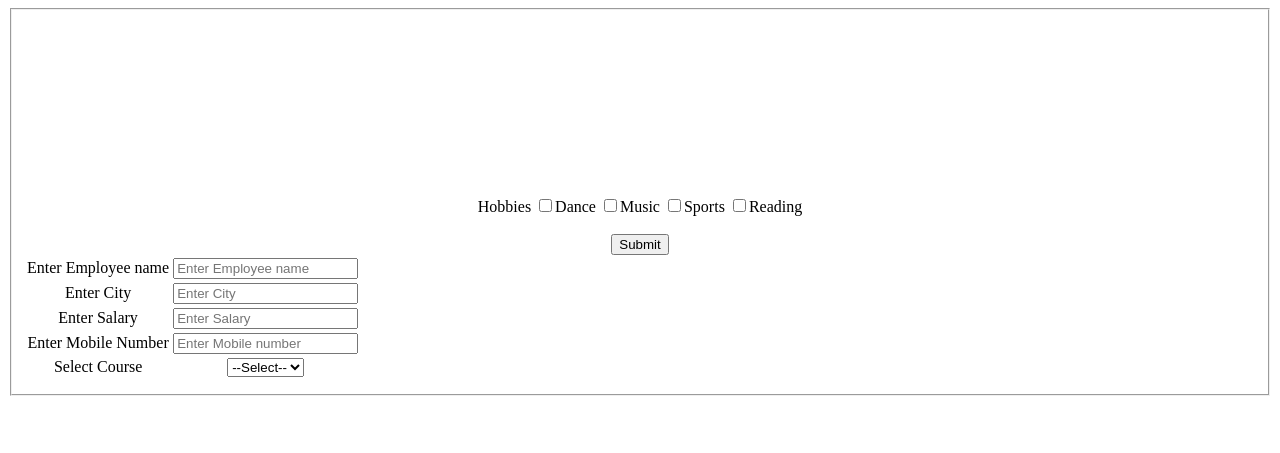
Repository: bigee1397/22-3-2024
Page: http://localhost/RDDemo/
The author's editor kept a copy of each file at every save. The page is drawn from the files as they stood at one save, then again after the next save.
The browser window is 1280 px wide. The pictures show the whole page.
The page is served by Tomcat 9.

Above is the page before, as saved 2024-03-15 04:51:21.

After the next save:
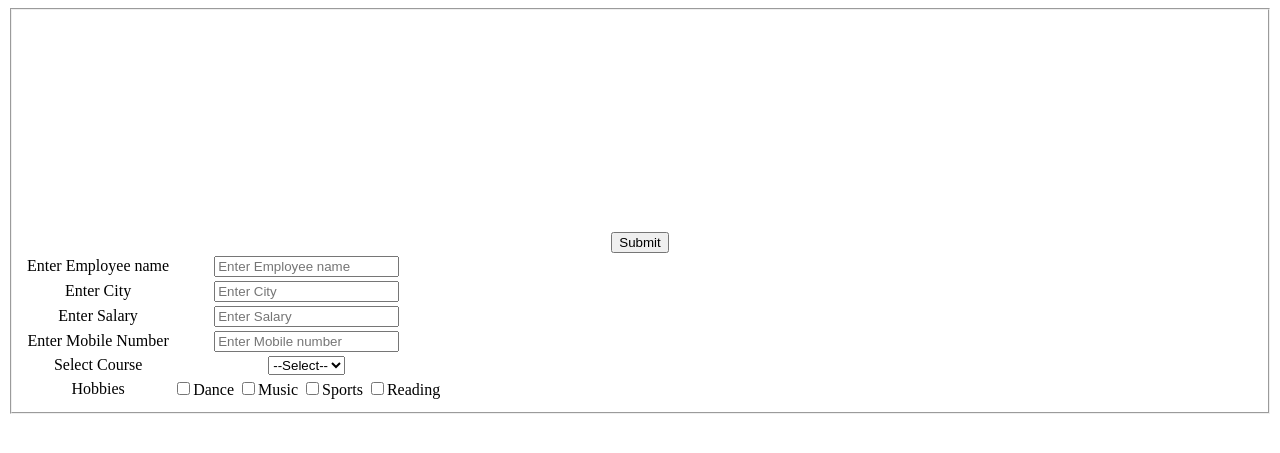
Saved 22 s later.
--- a/jspandservlets/RDDemo/src/main/webapp/index.jsp
+++ b/jspandservlets/RDDemo/src/main/webapp/index.jsp
@@ -38,8 +38,12 @@
 			        </td>
 				</tr>
 				<tr>
-					<td></td>
-					<td></td>
+					<td>Hobbies</td>
+					<td><input type="checkbox" name="hobby" value="dance">Dance
+			        <input type="checkbox" name="hobby" value="music">Music
+			        <input type="checkbox" name="hobby" value="sports">Sports
+			        <input type="checkbox" name="hobby" value="reading">Reading
+			        </td>
 				</tr>
 
 		    	<br><br>
@@ -52,11 +56,8 @@
 
 
 		        <br><br>
-		        Hobbies
-		        <input type="checkbox" name="hobby" value="dance">Dance
-		        <input type="checkbox" name="hobby" value="music">Music
-		        <input type="checkbox" name="hobby" value="sports">Sports
-		        <input type="checkbox" name="hobby" value="reading">Reading
+
+
 		        <br><br>
 		        <input type="submit" value="Submit">
 			</table>
